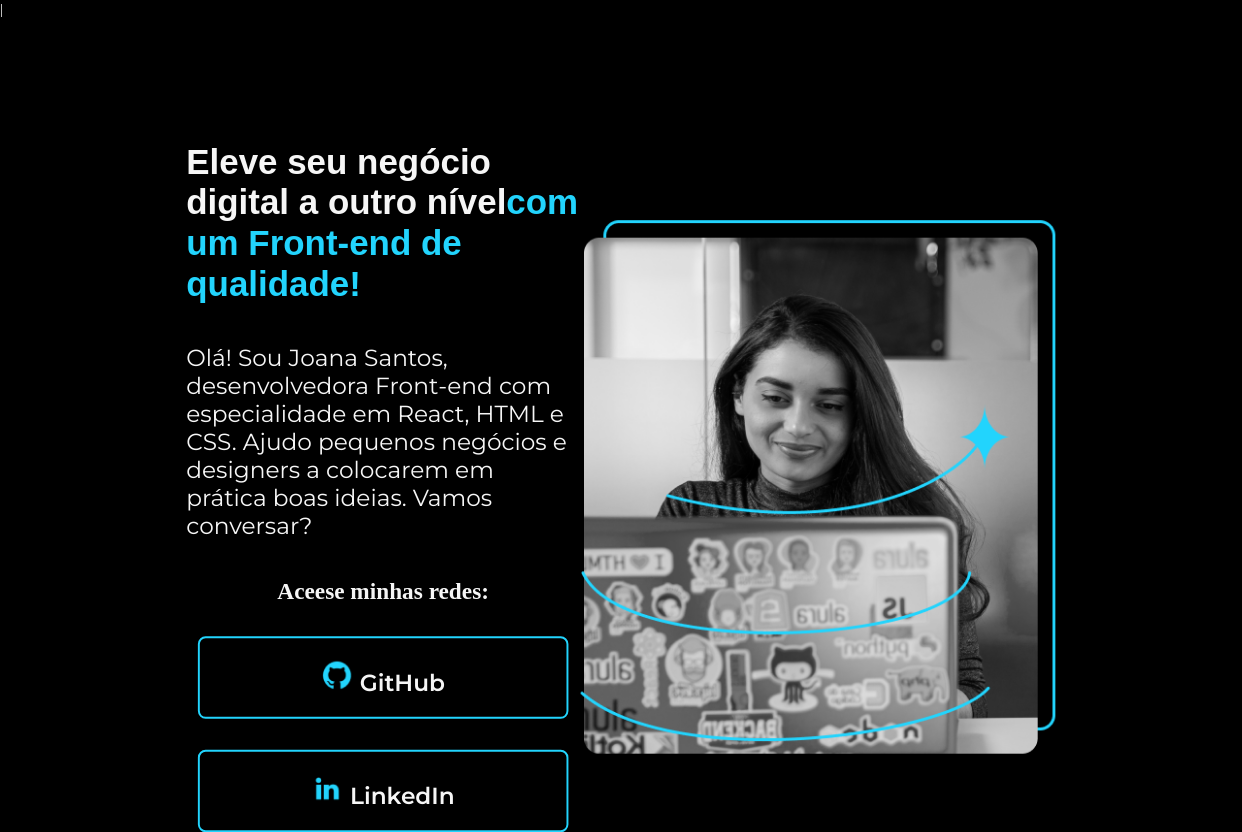
Repository: AnaFzCz/Portifolio-HTML-CSS-dinamico
Page: index.html
An editor plug-in stored every save of this project. The page is shown before and after the next save, followed by the edit.
The browser window is 1280 px wide. The pictures show the whole page, at 97% of full size.
Some web fonts or font styles are not loaded; a fallback is used.

Above is the page before, as saved 2025-02-08 07:24:01.

After the next save:
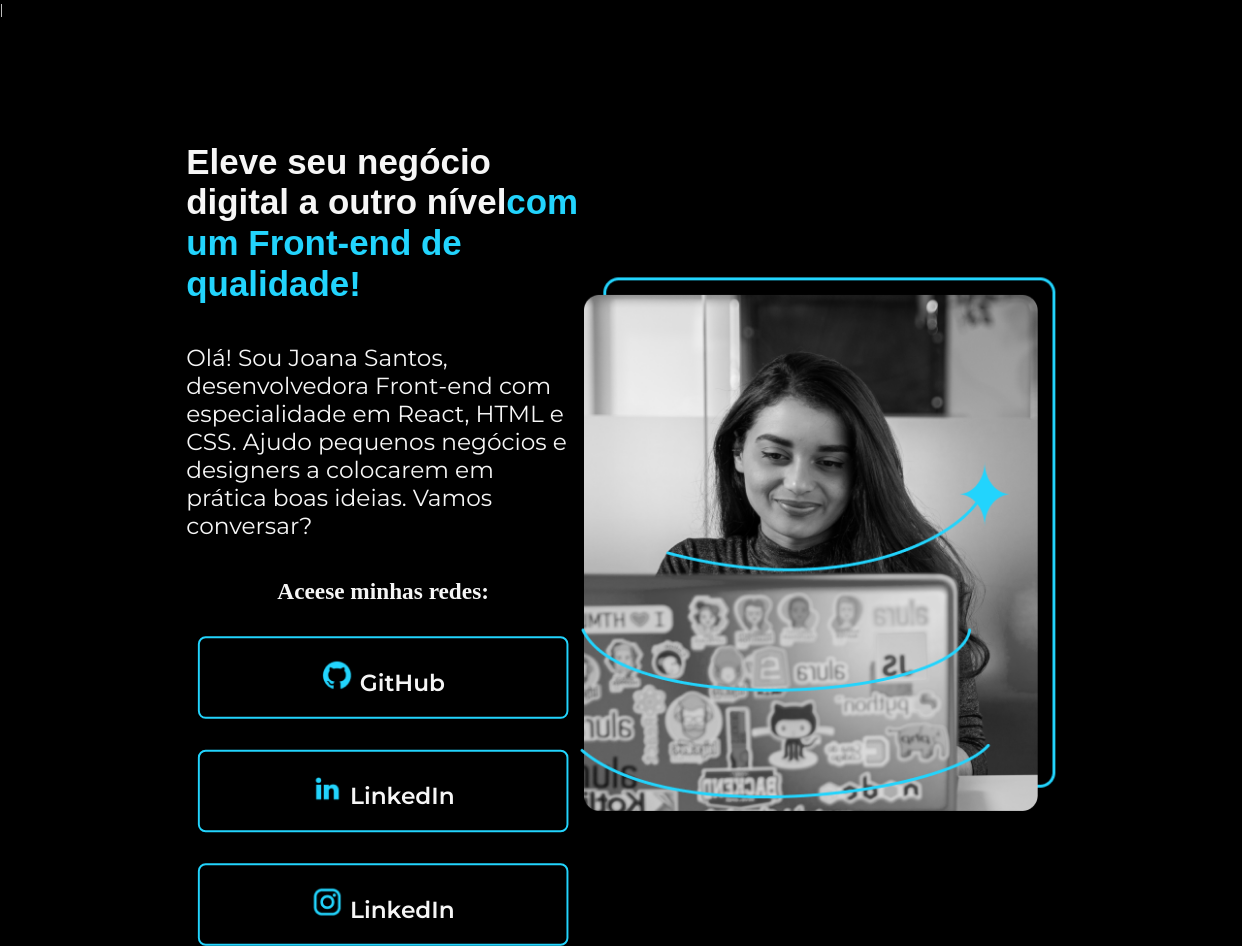
Saved 3 min 12 s later.
--- a/index.html
+++ b/index.html
@@ -24,12 +24,15 @@
                 conversar?</p>
             <div class="apresentacao__links">
                 <h2 class="apresentacao__links_subtitulo">Aceese minhas redes:</h2>
-               <a class="apresentacao__links__link" href="https://github.com/anafzcz">
+               <a class="apresentacao__links__link" href="https://github.com/AnaFzCz">
                 <img src="/assets/github.png">
                 GitHub</a>
-                <a class="apresentacao__links__link" href="https://linkdIn.com/anafzcz">
+                <a class="apresentacao__links__link" href="https://linkdIn.com/in/ana-fernandez-cruz-238787124">
                     <img src="/assets/linkedin.png">
                     LinkedIn</a>
+                    <a class="apresentacao__links__link" href="https://instagram.com/anafzcz">
+                        <img src="/assets/instagram.png">
+                        LinkedIn</a>
 
             </div>
 
